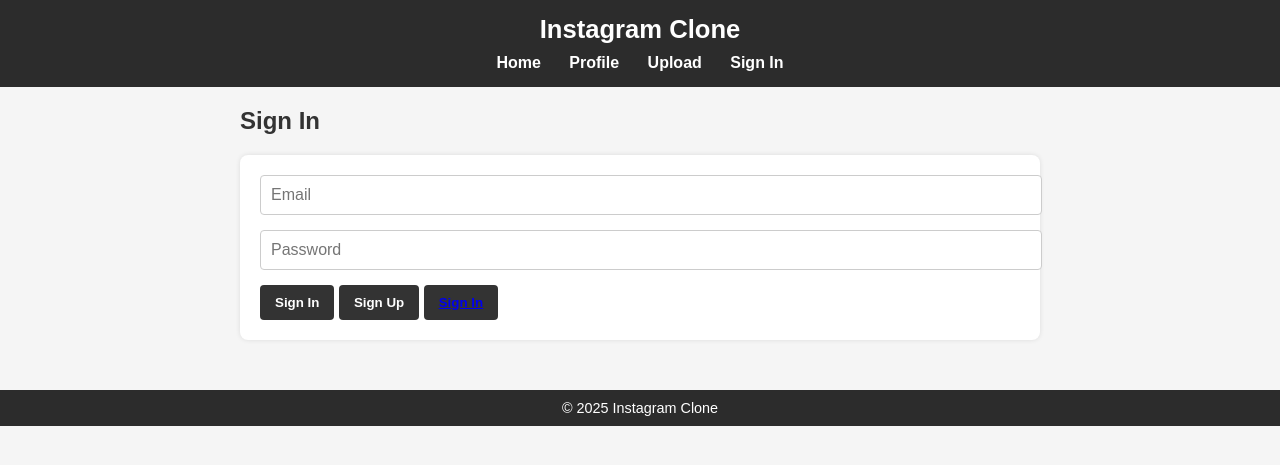
Repository: burhannaseer/CloudClips
Page: signin.html
These files come from the project's save history. The page is drawn as it stood at one moment and after the next save; the edit follows.
The browser window is 1280 px wide. The pictures show the whole page.

Above is the page before, as saved 2025-05-06 07:35:47.

### signin.html
<!DOCTYPE html>
<html lang="en">
<head>
  <meta charset="UTF-8">
  <meta name="viewport" content="width=device-width, initial-scale=1.0">
  <title>Instagram Clone - Sign In</title>
  <link rel="stylesheet" href="styles.css">
</head>
<body>
  <header>
    <div class="container">
      <h1>Instagram Clone</h1>
      <nav>
        <a href="index.html">Home</a>
        <a href="profile.html">Profile</a>
        <a href="upload.html">Upload</a>
        <a href="signin.html">Sign In</a>
      </nav>
    </div>
  </header>

  <main class="container">
    <h2>Sign In</h2>
    <form id="signinForm">
      <input type="email" id="emailSignIn" placeholder="Email" required />
      <input type="password" id="passwordSignIn" placeholder="Password" required />
      <button type="submit">Sign In</button>
      <button type="submit">Sign Up</button>
      <button type="submit"><a href="signup.html">Sign In</a>
    </form>
  </main>

  <footer>
    <div class="container">&copy; 2025 Instagram Clone</div>
  </footer>

  <script src="script.js"></script>
</body>
</html>

### styles.css
/* Clean Classic Instagram Clone Theme */

body {
  font-family: Arial, sans-serif;
  background-color: #f5f5f5;
  color: #333;
  margin: 0;
  padding: 0;
}

.container {
  width: 90%;
  max-width: 800px;
  margin: 0 auto;
}

header {
  background-color: #2c2c2c;
  color: white;
  padding: 15px 0;
  text-align: center;
}

header h1 {
  margin: 0;
  font-size: 1.6em;
}

header nav {
  margin-top: 10px;
}

header nav a {
  color: white;
  text-decoration: none;
  margin: 0 12px;
  font-weight: bold;
}

header nav a:hover {
  text-decoration: underline;
}

main {
  margin-top: 30px;
}

form {
  background-color: white;
  padding: 20px;
  border-radius: 8px;
  margin-bottom: 30px;
  box-shadow: 0 0 5px rgba(0, 0, 0, 0.1);
}

input, textarea {
  width: 100%;
  margin-bottom: 15px;
  padding: 10px;
  font-size: 1rem;
  border: 1px solid #ccc;
  border-radius: 4px;
}

input[type="file"] {
  padding: 6px;
}

button {
  padding: 10px 15px;
  background-color: #333;
  color: white;
  border: none;
  border-radius: 4px;
  font-weight: bold;
  cursor: pointer;
}

button:hover {
  background-color: #555;
}

.feed {
  display: flex;
  flex-direction: column;
  gap: 20px;
}

.post {
  background-color: white;
  border-radius: 10px;
  padding: 15px;
  box-shadow: 0 0 10px rgba(0,0,0,0.05);
}

.post h3 {
  margin-bottom: 10px;
  font-size: 1.2rem;
}

.post img,
.post video {
  width: 100%;
  border-radius: 6px;
  margin-bottom: 10px;
}

.post p {
  margin: 0 0 10px;
}

.actions {
  display: flex;
  justify-content: start;
  gap: 15px;
  font-size: 1.2rem;
}

.actions span {
  cursor: pointer;
}

.actions span:hover {
  opacity: 0.7;
}

footer {
  background-color: #2c2c2c;
  color: white;
  text-align: center;
  padding: 10px 0;
  margin-top: 50px;
  font-size: 0.9em;
}

/* Responsive */
@media (max-width: 600px) {
  header nav {
    display: flex;
    flex-direction: column;
    gap: 8px;
  }
}

### script.js
// Handle Sign Up
const signupForm = document.getElementById('signupForm');
if (signupForm) {
  signupForm.addEventListener('submit', function(e) {
    e.preventDefault();

    const firstName = document.getElementById('firstName').value;
    const lastName = document.getElementById('lastName').value;
    const email = document.getElementById('email').value;
    const phone = document.getElementById('phone').value;
    const password = document.getElementById('password').value;
    const confirmPassword = document.getElementById('confirmPassword').value;

    if (!firstName || !lastName || !email || !phone || !password || !confirmPassword) {
      alert('Please fill in all fields.');
      return;
    }

    if (password !== confirmPassword) {
      alert('Passwords do not match.');
      return;
    }

    const user = {
      firstName,
      lastName,
      email,
      phone,
      password,
    };

    localStorage.setItem('user', JSON.stringify(user));
    alert('Account created successfully!');
    window.location.href = 'signin.html';
  });
}

// Handle Sign In
const signinForm = document.getElementById('signinForm');
if (signinForm) {
  signinForm.addEventListener('submit', function(e) {
    e.preventDefault();

    const email = document.getElementById('emailSignIn').value;
    const password = document.getElementById('passwordSignIn').value;

    const user = JSON.parse(localStorage.getItem('user'));

    if (!user) {
      alert('No account found. Please sign up first.');
      return;
    }

    if (user.email === email && user.password === password) {
      alert('Sign In successful!');
      window.location.href = 'index.html';
    } else {
      alert('Incorrect email or password. Please try again.');
    }
  });
}

// Handle Post Upload
const form = document.getElementById('uploadForm');
if (form) {
  form.addEventListener('submit', function(e) {
    e.preventDefault();

    const title = document.getElementById('titleInput').value;
    const fileInput = document.getElementById('mediaInput');
    const description = document.getElementById('descriptionInput').value;
    const file = fileInput.files[0];
    const reader = new FileReader();

    reader.onload = function() {
      const post = {
        title,
        media: reader.result,
        type: file.type,
        description,
        likes: 0
      };

      const posts = JSON.parse(localStorage.getItem('posts')) || [];
      posts.unshift(post);
      localStorage.setItem('posts', JSON.stringify(posts));

      alert('Post uploaded!');
      window.location.href = 'index.html';
    };

    if (file) {
      reader.readAsDataURL(file);
    }
  });
}

function renderPosts(containerId) {
  const container = document.getElementById(containerId);
  if (!container) return;

  const posts = JSON.parse(localStorage.getItem('posts')) || [];
  posts.forEach((post, index) => {
    const div = document.createElement('div');
    div.className = 'post';

    const mediaTag = post.type.startsWith('video') ?
      `<video controls width="100%"><source src="${post.media}" type="${post.type}"></video>` :
      `<img src="${post.media}" alt="">`;

    div.innerHTML = `
      <h3>${post.title || 'Untitled'}</h3>
      ${mediaTag}
      <p>${post.description}</p>
      <div class="actions">
        <span onclick="likePost(${index})">❤️ ${post.likes}</span>
        <span title="Share">🔗</span>
        <span title="Save">💾</span>
      </div>
    `;
    container.appendChild(div);
  });
}

function likePost(index) {
  const posts = JSON.parse(localStorage.getItem('posts')) || [];
  posts[index].likes++;
  localStorage.setItem('posts', JSON.stringify(posts));
  location.reload();
}

renderPosts('feed');

After the next save:
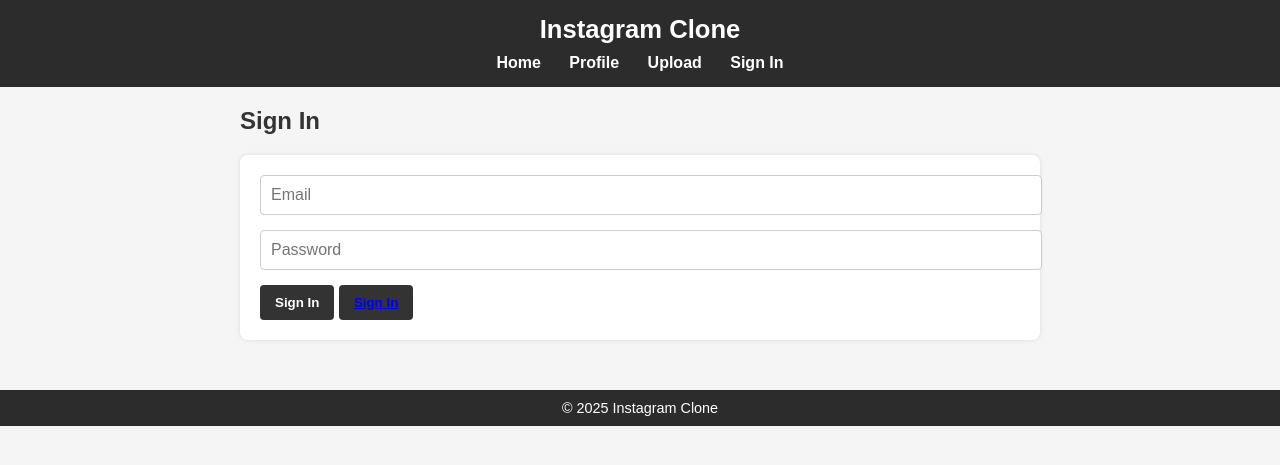
Saved 6 s later.
--- a/signin.html
+++ b/signin.html
@@ -25,7 +25,6 @@
       <input type="email" id="emailSignIn" placeholder="Email" required />
       <input type="password" id="passwordSignIn" placeholder="Password" required />
       <button type="submit">Sign In</button>
-      <button type="submit">Sign Up</button>
       <button type="submit"><a href="signup.html">Sign In</a>
     </form>
   </main>
